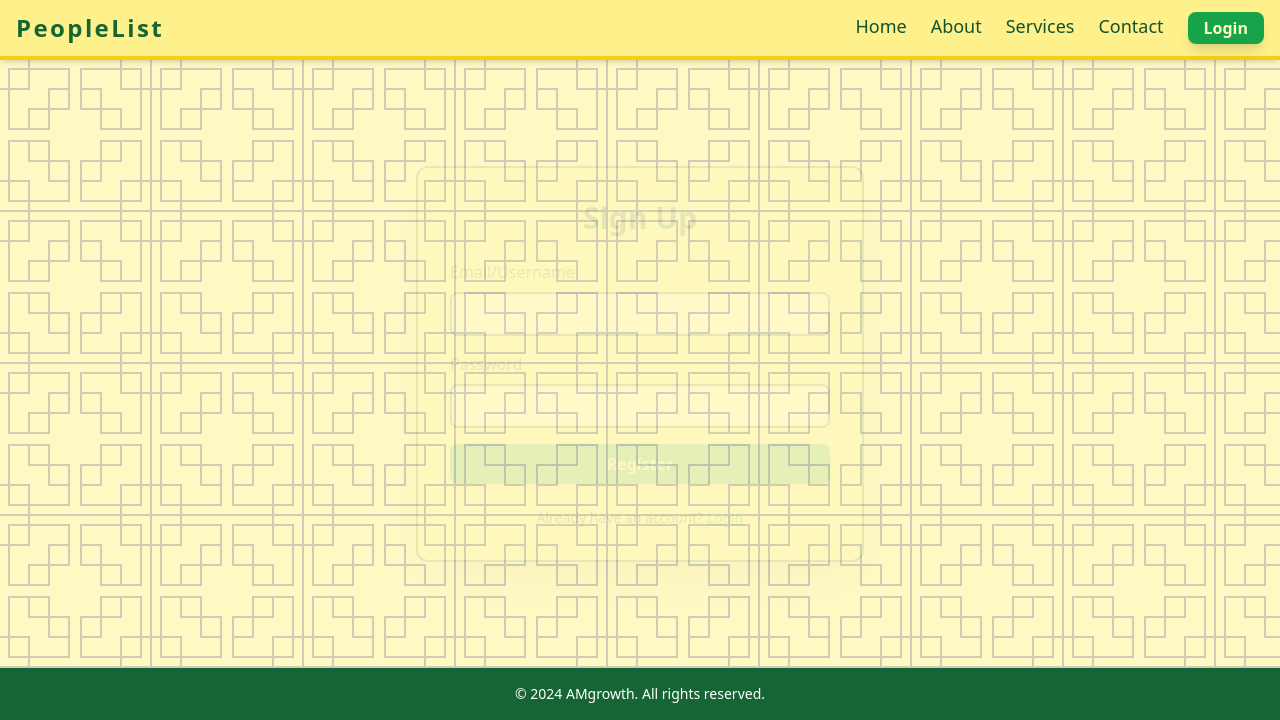
Repository: ArievfRahman-Dev/Mini-Project-II
Page: /regist (app in miniproject2/)
These files come from the project's save history. The page is drawn as it stood at one moment and after the next save; the edit follows.
The browser window is 1280 px wide. The pictures show the whole page.
The project was rebuilt for these pictures with package versions that can differ from the ones it lists, and the page was loaded fresh each time. Also part of the build but not shown: miniproject2/vite.config.js, miniproject2/src/pages/HomePage/index.jsx, miniproject2/src/pages/DetailUser/index.jsx, miniproject2/src/pages/LoginPage/index.jsx, miniproject2/src/routes/ProtectedRoute.jsx.

Above is the page before, as saved 2024-12-24 08:58:32.

After the next save:
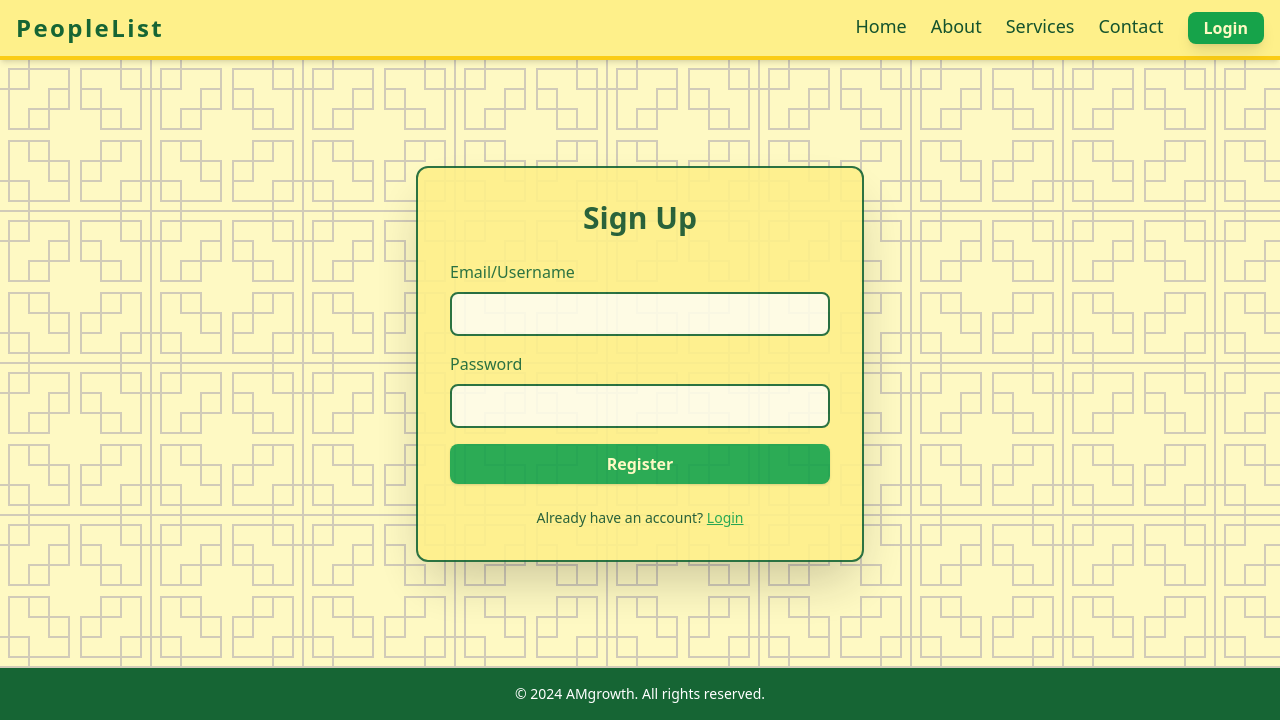
Saved 10 s later.
--- a/miniproject2/src/pages/RegisterPages/index.jsx
+++ b/miniproject2/src/pages/RegisterPages/index.jsx
@@ -46,7 +46,7 @@ export const RegisterPage = () => {
     <div className="flex flex-col min-h-screen bg-yellow-100">
       <Navbar />
       <div className="flex items-center justify-center flex-1 p-4 bg-[url('data:[embedded picture, 899 characters]')] ">
-        <div className="w-full max-w-md p-8 bg-yellow-200 border-2 border-green-800 shadow-2xl opacity-10  rounded-xl ">
+        <div className="w-full max-w-md p-8 bg-yellow-200 border-2 border-green-800 shadow-2xl opacity-90  rounded-xl ">
           <h1 className="mb-6 text-3xl font-bold text-center text-green-900 retro-font">
             Sign Up
           </h1>
